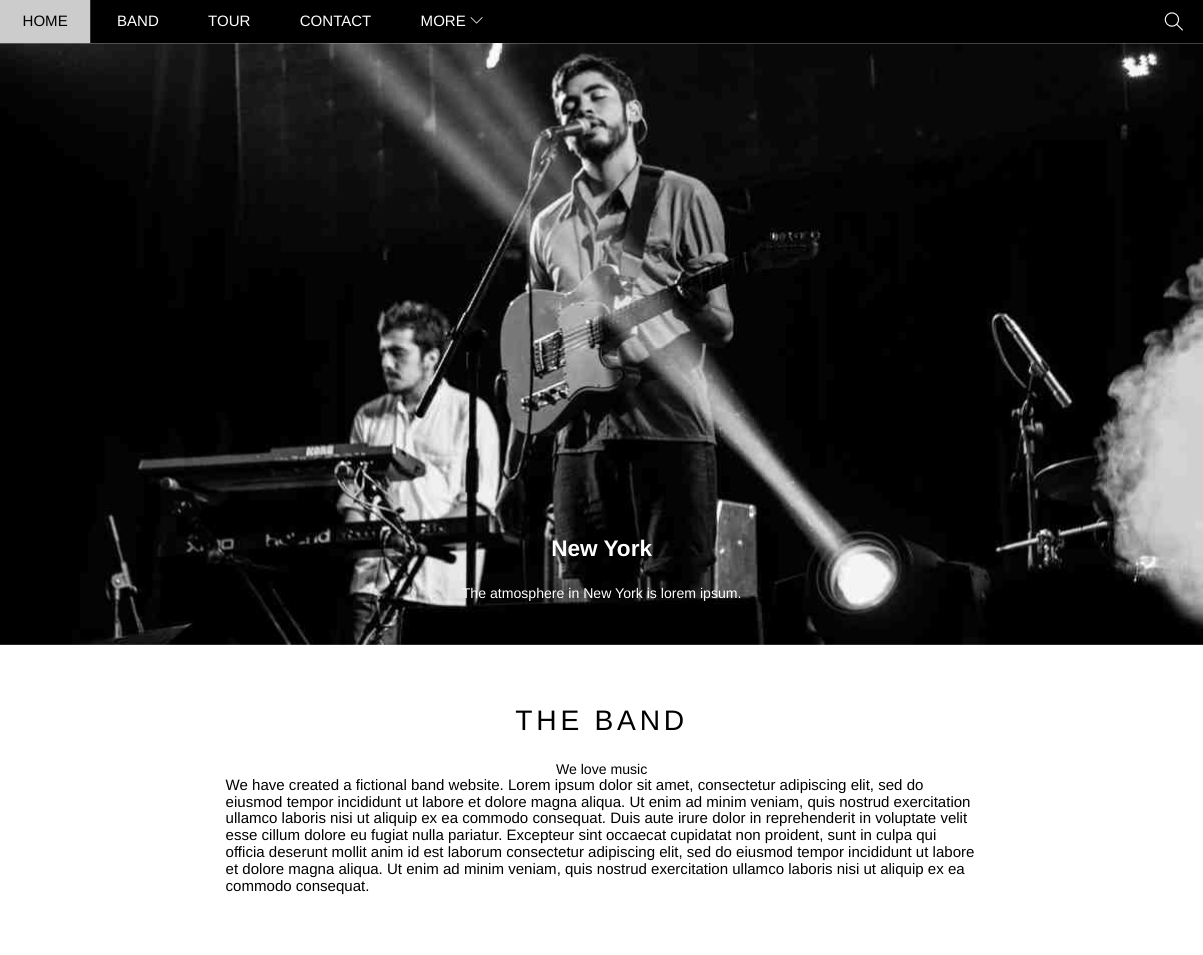
Repository: vophuocthanh/phuocthanhk03
Page: index.html
An editor plug-in stored every save of this project. The page is shown before and after the next save, followed by the edit.
The browser window is 1280 px wide. The pictures show the whole page, at 94% of full size.

Above is the page before, as saved 2022-03-03 23:14:59.

### index.html
<!DOCTYPE html>
<html lang="en">

<head>
    <meta charset="UTF-8" />
    <meta http-equiv="X-UA-Compatible" content="IE=edge" />
    <meta name="viewport" content="width=device-width, initial-scale=1.0" />
    <title>Document</title>
    <link rel="stylesheet" href="./asset/css/style.css" />
    <link rel="stylesheet" href="/asset/icon/themify-icons/themify-icons.css">
</head>

<body>
    <div id="main">
        <div id="header">
            <!-- Begin : nav -->
            <ul id="nav">
                <li><a href="">Home<a></li>
                <li><a href="">Band</a></li>
                <li><a href="">Tour</a></li>
                <li><a href="">Contact</a></li>
                <li>
                    <a href="">
                        More
                        <i class="nav-arrow-down ti-angle-down"></i>
                    </a>
                    <ul class="subnav">
                        <li><a href="">Merchandise</a></li>
                        <li><a href="">Extras</a></li>
                        <li><a href="">Media</a></li>
                    </ul>
                </li>
            </ul>
            <!-- End: nav -->

            <!-- Begin: Search -->
            <div class="search-btn">
                <i class="search-icon ti-search"></i>
            </div>
            <!-- End: Search -->
        </div>

        <div id="slider">
            <div class="text-content">
                <h2 class="text-heading">New York</h2>
                <div class="text-description">The atmosphere in New York is lorem ipsum.</div>
            </div>
        </div>

        <div id="content">
            <div class="content-section">
                <h2 class="section-heading">THE BAND</h2>
                <p class="section-sub-heading">We love music</p>
                <p class="about-text">We have created a fictional band website. Lorem ipsum dolor sit amet, consectetur adipiscing elit, sed do eiusmod tempor incididunt ut labore et dolore magna aliqua. Ut enim ad minim veniam, quis nostrud exercitation ullamco laboris nisi
                    ut aliquip ex ea commodo consequat. Duis aute irure dolor in reprehenderit in voluptate velit esse cillum dolore eu fugiat nulla pariatur. Excepteur sint occaecat cupidatat non proident, sunt in culpa qui officia deserunt mollit anim
                    id est laborum consectetur adipiscing elit, sed do eiusmod tempor incididunt ut labore et dolore magna aliqua. Ut enim ad minim veniam, quis nostrud exercitation ullamco laboris nisi ut aliquip ex ea commodo consequat.</p>
            </div>
        </div>
        <div id="footer">

        </div>

    </div>
</body>

</html>

### asset/css/style.css
/*Reset*/

* {
    padding: 0;
    margin: 0;
    box-sizing: border-box;
}

html {
    font-family: Helvetica, Arial, sans-serif;
}


/*
 1. Từ ngoài vào trong
 2. Trên xuống dưới
 3. Từ tổng quan đến chi tiết

*/


/*
1. Vị Trí
2. Màu Sắc
3. Kích Thước
4.Kiểu Dáng */

#main {}

#header {
    height: 46px;
    background-color: #000;
    position: fixed;
    top: 0;
    left: 0;
    right: 0;
    z-index: 1;
}

#nav {
    display: inline-block;
}

.subnav {
    list-style-type: none;
}

#nav>li {
    display: inline-block;
}

#nav li {
    position: relative;
}

#nav>li>a {
    color: #fff;
    text-transform: uppercase;
}

#nav li a {
    color: #fff;
    text-decoration: none;
    line-height: 46px;
    padding: 0 24px;
    display: block;
}

#nav li:hover .subnav {
    display: block;
}

#nav>li:hover>a,
#nav .subnav li:hover {
    color: #000;
    background-color: #ccc;
}

#nav .subnav {
    display: none;
    position: absolute;
    top: 100%;
    left: 0;
    min-width: 160px;
    background-color: #fff;
    box-shadow: 0 0 10px rgba(0, 0, 0, 0.3);
}

#nav .subnav a {
    color: #000;
    padding: 0 12px;
}

#nav .nav-arrow-down {
    font-size: 14px;
}

#header .search-btn {
    float: right;
    padding: 0 21px;
    cursor: pointer;
}

#header .search-btn:hover {
    background-color: #f44336;
}

#header .search-icon {
    color: #fff;
    font-size: 20px;
    line-height: 46px;
}

#slider {
    position: relative;
    margin-top: 46px;
    padding-top: 50%;
    background: url("/asset/img/slider/slider1.jpg") top center / cover no-repeat;
}

#slider .text-content {
    position: absolute;
    bottom: 47px;
    color: #fff;
    left: 50%;
    transform: translate(-50%);
    text-align: center;
}

#slider .text-headin {
    font-weight: 500;
    font-size: 24px;
}

#slider .text-description {
    font-size: 15px;
    margin-top: 25px;
}

#content {}

#content .content-section {
    width: 800px;
    padding: 64px 0;
    margin-left: auto;
    margin-right: auto;
}

#content .section-heading {
    font-size: 30px;
    font-weight: 500;
    text-align: center;
    letter-spacing: 4px;
}

#content .section-sub-heading {
    font-size: 15px;
    text-align: center;
    margin-top: 25px;
}

#foote {}

Loaded but not shown: asset/icon/themify-icons/themify-icons.css (common file)

After the next save:
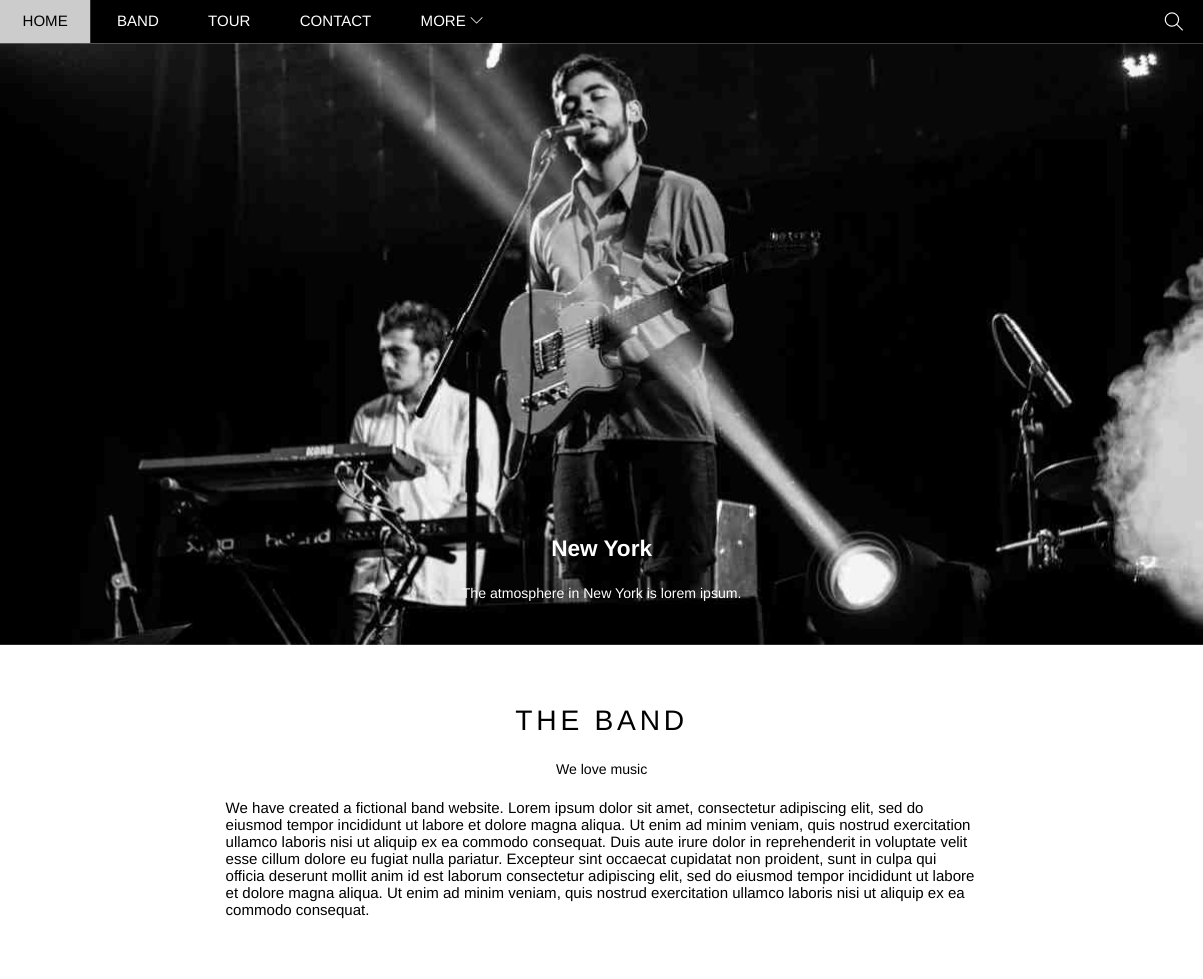
Saved 16 s later.
--- a/asset/css/style.css
+++ b/asset/css/style.css
@@ -157,6 +157,7 @@ html {
     font-size: 15px;
     text-align: center;
     margin-top: 25px;
+    margin-bottom: 25px;
 }
 
 #foote {}
